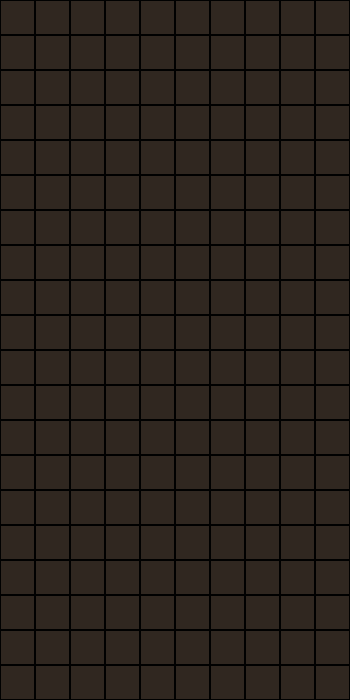
Repository: lucacdev/Tetris
Script's output: python main.py
These files come from the project's save history. The script's output is drawn as it stood at one moment and after the next save; the edit follows.
The window is shown after at most 60 frames with no key pressed. Random numbers start from a fixed seed.

Above is the script's output before, as saved 2024-02-29 18:32:55.

### main.py
from settings import *
from tetris import Tetris
import sys

class App:
    def __init__(self):
        pg.init()
        pg.display.set_caption('Tetris')
        self.screen = pg.display.set_mode(FIELD_RES)
        self.clock = pg.time.Clock()
        self.tetris = Tetris(self)

    def update(self):
        self.tetris.update()
        self.clock.tick(FPS)

    def draw(self):
        self.screen.fill(color=FIELD_COLOUR)
        self.tetris.draw()
        pg.display.flip()

    def check_events(self):
        for event in pg.event.get():
            if event.type == pg.QUIT or (event.type == pg.KEYDOWN and event.key == pg.KEY_ESCAPE):
                pg.quit()
                sys.exit()

    def run(self):
        while True:
            self.check_events()
            self.update()
            self.draw()

if __name__ == '__main__':
    app = App()
    app.run()

### settings.py
import pygame as pg

FPS = 60
FIELD_COLOUR = (48, 39, 32)

TILE_SIZE = 35
FIELD_SIZE = FIELD_W, FIELD_H = 10, 20
FIELD_RES = FIELD_W * TILE_SIZE, FIELD_H * TILE_SIZE

TETROMINOES = {
    'T' : [(0, 0), (-1, 0), (1, 0), (0, -1)],
    'O' : [(0, 0), (0, -1), (1, 0), (1, -1)],
    'J' : [(0, 0), (-1, 0), (0, -1), (0, -2)],
    'L' : [(0, 0), (1, 0), (0, -1), (0, -2)],
    'I' : [(0, 0), (0, 1), (0, -1), (0, -2)],
    'S' : [(0, 0), (-1, 0), (0, -1), (1, -1)],
    'Z' : [(0, 0), (1, 0), (0, -1), (-1, -1)]
}

### tetris.py
from settings import *
import math
from tetromino import Tetromino

class Tetris:
    def __init__(self, app):
        self.app = app
        self.sprite_group = pg.sprite.Group()
        self.tetromino = Tetromino(self)

    def draw_grid(self):
        for x in range (FIELD_W):
            for y in range (FIELD_H):
                pg.draw.rect(self.app.screen, 'black',
                             (x * TILE_SIZE, y * TILE_SIZE, TILE_SIZE, TILE_SIZE), 1)

    def update(self):
        self.tetromino.update()
        self.sprite_group.update()

    def draw(self):
        self.draw_grid()
        self.sprite_group.draw(self.app.screen)

### tetromino.py
from settings import *

class Block(pg.sprite.Sprite):
    def __init__(self, tetromino, pos):
        self.tetromino = tetromino

        super().__init__(tetromino.tetris.sprite_group)
        self.image = pg.Surface([TILE_SIZE, TILE_SIZE])
        self.image.fill('blue')

        self.rect = self.image.get_rect()
        self.rect.topleft = pos[0] * TILE_SIZE, pos[1] * TILE_SIZE

class Tetromino:
    def __init__(self, tetris):
        self.tetris = tetris
        self.shape = 'T'

    def update(self):
        pass

After the next save:
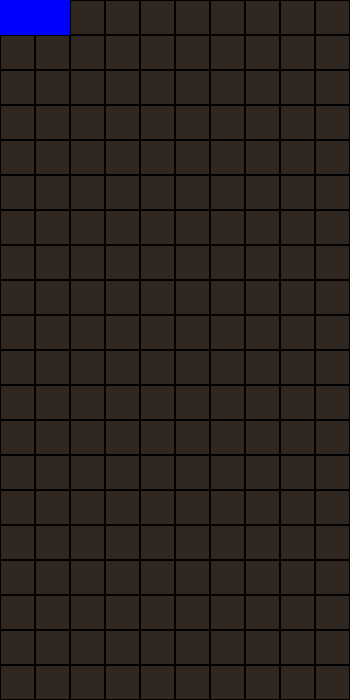
Saved 88 s later.
--- a/tetromino.py
+++ b/tetromino.py
@@ -15,6 +15,7 @@
     def __init__(self, tetris):
         self.tetris = tetris
         self.shape = 'T'
+        self.blocks = [Block(self, pos) for pos in TETROMINOES[self.shape]]
 
     def update(self):
         pass
